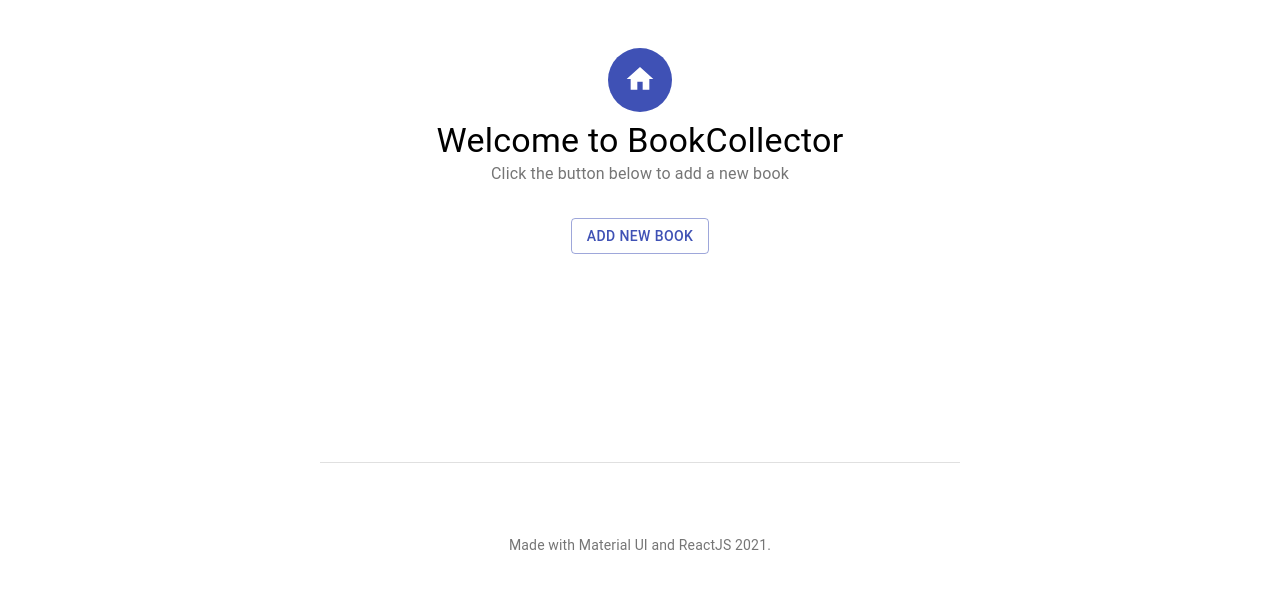
Repository: Colo-Codes/mini-project-react-book-collector
Page: /
These files come from the project's save history. The page is drawn as it stood at one moment and after the next save; the edit follows.
The browser window is 1280 px wide. The pictures show the whole page.
The project was rebuilt for these pictures with package versions that can differ from the ones it lists, and the page was loaded fresh each time. Also part of the build but not shown: src/UI/ErrorDialog.js, src/Books/AddBookForm.js, src/Books/BooksGridItem.js.

Above is the page before, as saved 2021-08-25 17:34:57.

After the next save:
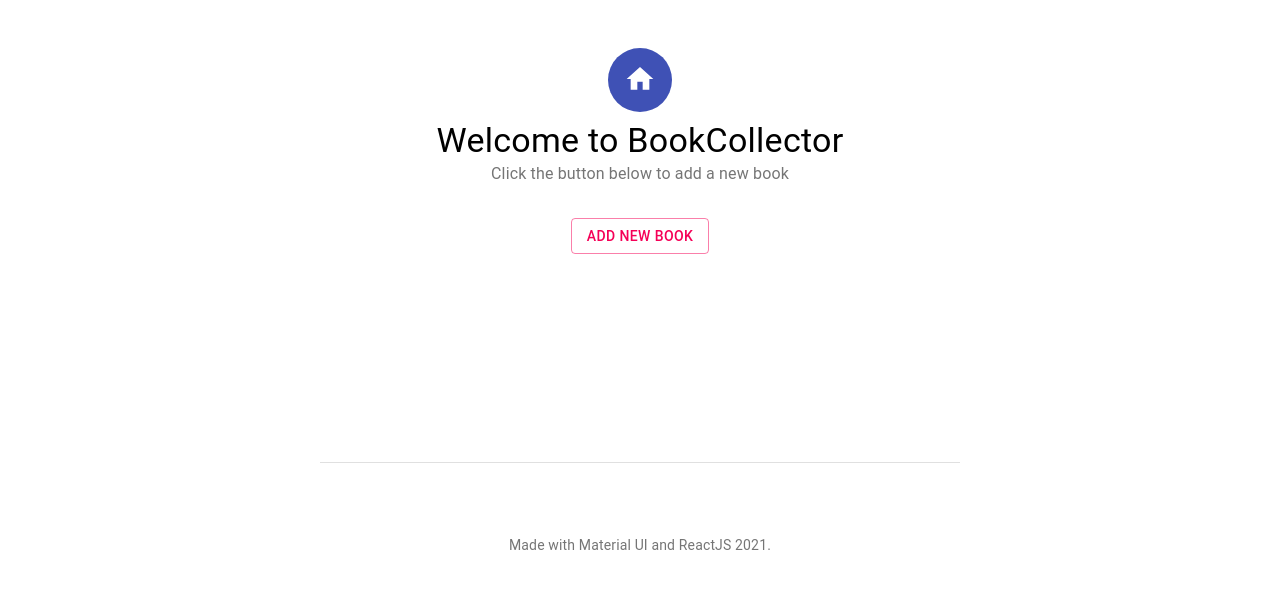
Saved 16 s later.
--- a/src/App.js
+++ b/src/App.js
@@ -62,7 +62,7 @@ function App() {
       <header className={classes.paper}>
         {showAddBookForm && <AddBookForm onNewBook={newBookHandler} onHideForm={hideFormHandler} />} {/* Conditional Rendering */}
         {!showAddBookForm && <Header headerIcon={<Home className={classes.icon} />} headerContent={'Welcome to BookCollector'} textContent={'Click the button below to add a new book'} />} {/* Conditional Rendering */}
-        {!showAddBookForm && <Button variant="outlined" color="primary" onClick={addNewBookHandler} className={classes.button} >Add new book</Button>} {/* Conditional Rendering */}
+        {!showAddBookForm && <Button variant="outlined" color="secondary" onClick={addNewBookHandler} className={classes.button} >Add new book</Button>} {/* Conditional Rendering */}
       </header>
       <Divider className={classes.divider} variant="middle" />
       <main>
